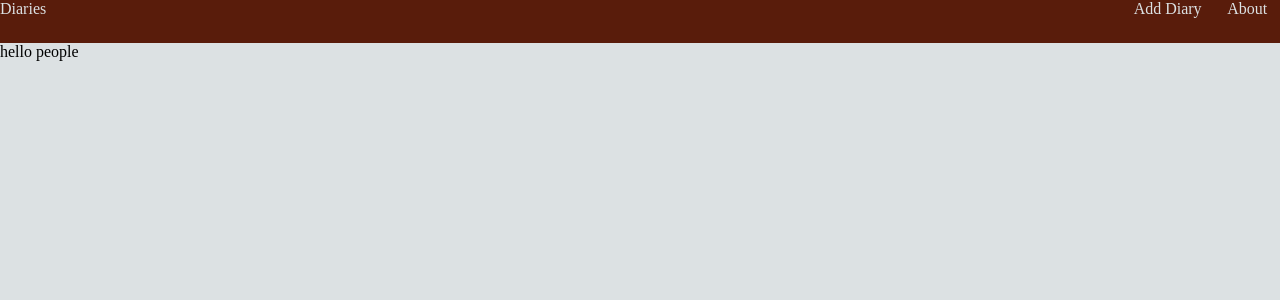
Repository: Tun-Dev/mydiary
Page: /
An editor plug-in stored every save of this project. The page is shown before and after the next save, followed by the edit.
The browser window is 1280 px wide. The pictures show the whole page.
The project was rebuilt for these pictures with package versions that can differ from the ones it lists, and the page was loaded fresh each time.

Above is the page before, as saved 2021-05-10 12:20:09.

After the next save:
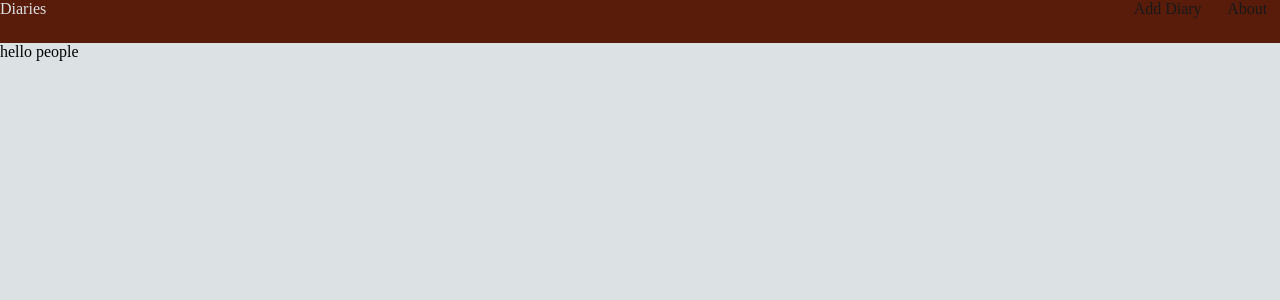
Saved 13 s later.
--- a/src/GlobalStyle.js
+++ b/src/GlobalStyle.js
@@ -12,7 +12,7 @@ const GlobalStyle = createGlobalStyle`
 }
  a {
     text-decoration: none;
-    color: #dce1e3;
+    color: #191919;
 }
 `
 
